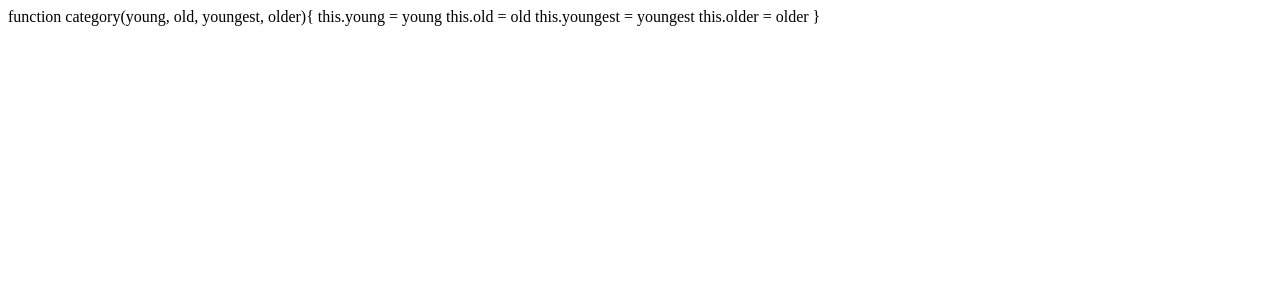
Repository: mofrey-max/clc-second
Page: index2.html
An editor plug-in stored every save of this project. The page is shown before and after the next save, followed by the edit.
The browser window is 1280 px wide. The pictures show the whole page.

Above is the page before, as saved 2020-06-09 11:25:02.

### index2.html
<!Doctypehtml>
<html>
    <head>
    <title>test</title>
    <script src="js/examlpe.js" type="text/javascript"></script>
    </head>
    <body>
    </body>
</html>

### js/examlpe.js
/* let name = prompt("What is your name")
let Age = prompt("How old are you?")
let current = prompt("What is your current Level")

alert("Your name is " +" "+ name +" "+"your age is"+Age +"" +"and your current level is"+" "+current) */

/* let Age = prompt("How old are you?")

if(Age<=30){
    alert("Your Young")
}else{
    alert("Your old")
} */
/*
let lga = new Array("Hong", "Mubi-North", "Michika", "Madagali", "Yola-North")

for (i=0; i<lga.length; i++){
document.write(lga.length)
} */

function test(x,y){
    z=x*y
    return z
}

//document.write(test(5,5))



function category(young, old, youngest, older){
    this.young =  young
    this.old = old
    this.youngest = youngest
    this.older = older
}

let section = new category("25 yrs old is a young person", "40 yrs old is an old person", "10 yrs old is a very young person","65 yrs old is a very old person", )

document.write(category)

After the next save:
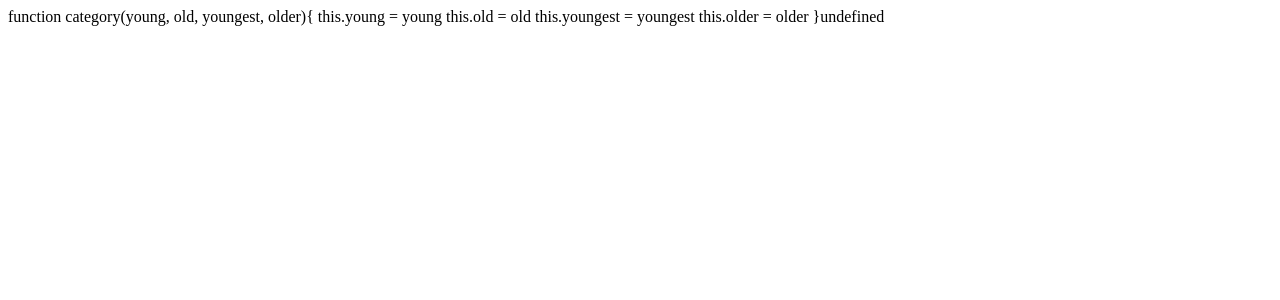
Saved 80 s later.
--- a/js/examlpe.js
+++ b/js/examlpe.js
@@ -36,4 +36,4 @@ function category(young, old, youngest, older){
 
 let section = new category("25 yrs old is a young person", "40 yrs old is an old person", "10 yrs old is a very young person","65 yrs old is a very old person", )
 
-document.write(category)
+document.write(category+this.young)
